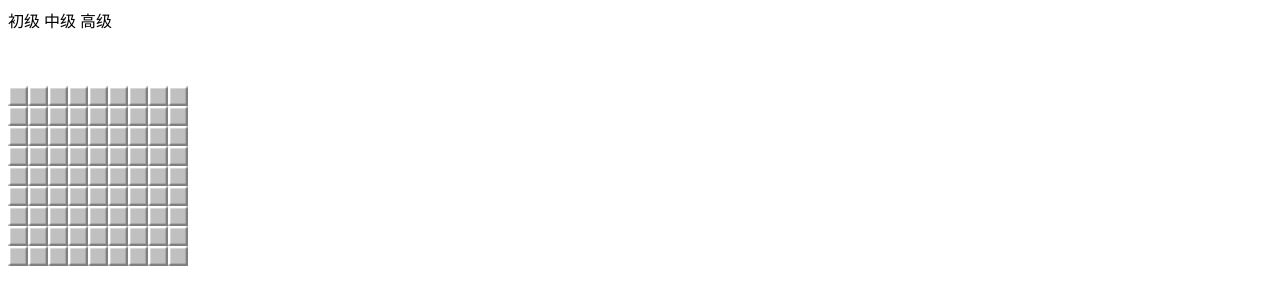
Repository: vLinv/MineSweeper
Page: index.html
The author's editor kept a copy of each file at every save. The page is drawn from the files as they stood at one save, then again after the next save.
The browser window is 1280 px wide. The pictures show the whole page.

Above is the page before, as saved 2022-02-18 11:43:36.

### index.html
<!DOCTYPE html>
<html lang="en">

<head>
  <meta charset="UTF-8">
  <meta http-equiv="X-UA-Compatible" content="IE=edge">
  <meta name="viewport" content="width=device-width, initial-scale=1.0">
  <title>MineSweeper</title>
</head>

<body>
  <div class="level_select">
    <span onclick="changeLevel('primary')">初级</span>
    <span onclick="changeLevel('intermediate')">中级</span>
    <span onclick="changeLevel('advanced')">高级</span>
  </div>
  <div class="game_wrap">
    <div class="header_wrap">
      <canvas id="mineNumCanvas" width="39" height="23"></canvas>
      <div class="face_btn"></div>
      <canvas id="timeCanvas" width="39" height="23"></canvas>
    </div>
    <div class="section_wrap">
      <canvas id="canvas" width="180" height="180"></canvas>
    </div>
  </div>
  <script>
    /** @type {HTMLCanvasElement} */
    // 游戏canvas
    const canvasNode = document.getElementById('canvas')
    const ctx = canvasNode.getContext('2d')
    // mineNum与timer Canvas
    const mineNumNode = document.getElementById('mineNumCanvas')
    const timerNode = document.getElementById('timeCanvas')
    const mineNumCtx = mineNumNode.getContext('2d')
    const timerCtx = timerNode.getContext('2d')

    // 存储图片路径（name, url）
    const imgArr = new Map();
    // 存储已加载好的图片 (name, img)
    const imgArrElement = new Map();
    // 资源是否加载完成
    let sourceInit = false;

    let mineSweeper = null;

    const MAP_LEVEL = {
      'primary': {
        mapSize: [9, 9],
        mineNum: 10
      },
      'intermediate': {
        mapSize: [16, 16],
        mineNum: 40
      },
      'advanced': {
        mapSize: [16, 30],
        mineNum: 90
      }
    }

    function initImage() {
      imgArr.set('ask', './img/ask.gif')
      imgArr.set('blank', './img/blank.gif')
      imgArr.set('blood', './img/blood.gif')
      imgArr.set('flag', './img/flag.gif')
      imgArr.set('mine', './img/mine.gif')
      for (let i = 0; i <= 8; i++) {
        imgArr.set(i, './img/' + i + '.gif')
      }
      for (let i = 0; i <= 9; i++) {
        imgArr.set('num_' + i, './img/num_' + i + '.jpg');
      }
      const loadImage = (url) => {
        return new Promise((reslove) => {
          let img = new Image();
          img.onload = () => reslove(img)
          img.src = url
        })
      }
      const promiseArr = [];
      // 获取所有图片的promise对象并使用promise.all进行加载
      [...imgArr.keys()].forEach(e => {
        promiseArr.push(loadImage(imgArr.get(e)))
      });
      sourceInit = true;
      return Promise.all(promiseArr)
    }

    // 开始游戏
    async function startGame() {
      if (!sourceInit) {
        const res = await initImage()
        const keys = [...imgArr.keys()];
        res.forEach((item, index) => {
          imgArrElement.set(String(keys[index]), item)
        })
      }
      mineSweeper = new MineSweeper();
      mineSweeper.initGame();
    }

    class MineSweeper {
      constructor() {
        this.level = 'primary'
        this.map = [];
        this.mapSizeX = 0;
        this.mapSizeY = 0;
        this.mineNum = 0;
        this.bombList = [];
        this.flagList = [];
        this.problemList = [];
        this.isGameOver = false;
        this.mineNumCanvas = mineNumCtx;
        this.timerCanvas = timerCtx;
      }

      initGame() {
        const {
          mapSize,
          mineNum
        } = MAP_LEVEL[this.level]
        this.mapSizeX = mapSize[0];
        this.mapSizeY = mapSize[1];
        this.mineNum = mineNum;
        this.buildMap();
        this.buildBomb();
        this.drawMap();
        this.drawGameInfo(this.mineNum, this.mineNumCanvas);
      }

      buildMap() {
        for (let i = 0; i < this.mapSizeY; i++) {
          this.map.push(new Array(this.mapSizeX).fill(-1))
        }
      }

      buildBomb() {
        let curBomb = 0;
        while (curBomb < this.mineNum) {
          let xPos = Number.parseInt(Math.random() * this.mineNum);
          let yPos = Number.parseInt(Math.random() * this.mineNum);
          if (this.bombList.find(item => {
              return xPos === item[0] && yPos === item[1]
            }) === undefined) {
            this.bombList.push([xPos, yPos])
            curBomb++;
          }
        }
      }
      // 绘制
      drawMap() {
        const blankImg = imgArrElement.get('blank')
        const flag = imgArrElement.get('flag')

        for (let i = 0; i < this.mapSizeX; i++) {
          for (let j = 0; j < this.mapSizeY; j++) {
            if (this.map[i][j] === -1) {
              ctx.drawImage(blankImg, 0, 0, blankImg.width, blankImg.height, 20 * i, 20 * j, 20, 20)
            } else if (this.map[i][j] >= 0) {
              const numImg = imgArrElement.get(this.map[i][j] + '')
              ctx.drawImage(numImg, 0, 0, numImg.width, numImg.height, 20 * i, 20 * j, 20, 20)
            }
            if (this.posInflagList(i, j) !== -1) {
              ctx.drawImage(flag, 0, 0, flag.width, flag.height, 20 * i, 20 * j, 20, 20)
            }
          }
        }
      }

      drawAllBomb(xPos, yPos) {
        const blood = imgArrElement.get('blood')
        const mine = imgArrElement.get('mine')
        // 绘制所有地雷
        this.bombList.forEach(e => {
          if (e[0] === xPos && e[1] === yPos) {
            ctx.drawImage(blood, 0, 0, blood.width, blood.height, 20 * e[0], 20 * e[1], 20, 20)
          } else {
            ctx.drawImage(mine, 0, 0, mine.width, mine.height, 20 * e[0], 20 * e[1], 20, 20)
          }
        })
      }

      // 绘制地雷数与计时器
      drawGameInfo(num, ctx) {
        // 将num转换为3位数字
        const tmpArr = new Array(3).fill(0);
        const arr = [...num + '']
        while (arr.length < 3) {
          arr.unshift('0')
        }
        for (let i = 0; i < 3; i++) {
          ctx.drawImage(imgArrElement.get('num_' + arr[i]), i * 13, 23)
        }
      }

      // 获取(xPos, yPos)周围八格位置
      getAroundGrid(xPos, yPos) {
        const pos = [-1, 0, 1];
        const around = [];
        for (let i = 0; i < pos.length; i++) {
          let tmpxPos = xPos + pos[i];
          // 边界
          if (tmpxPos < 0 || tmpxPos >= this.mapSizeX) {
            continue
          }
          for (let j = 0; j < pos.length; j++) {
            let tmpyPos = yPos + pos[j];
            if (tmpyPos < 0 || tmpyPos >= this.mapSizeY || (tmpxPos === xPos && tmpyPos === yPos)) {
              continue
            }
            around.push([tmpxPos, tmpyPos])
          }
        }
        return around;
      }

      // 点击(xPos, yPos)操作
      clickPos(xPos, yPos) {
        // 判断游戏是否结束
        if (this.posInBombList(xPos, yPos)) {
          this.gameOver(xPos, yPos);
          return;
        }
        const queue = []
        queue.push([xPos, yPos]);
        while (queue.length > 0) {
          let tmpNode = queue.shift()
          let tmpxPos = tmpNode[0],
            tmpyPos = tmpNode[1]
          // 该点为雷或已经打开则跳过
          if (this.posInBombList(tmpxPos, tmpyPos) || this.map[tmpxPos][tmpyPos] >= 0) {
            continue;
          }
          const around = this.getAroundGrid(tmpxPos, tmpyPos, this.map.length)
          // around中有几个雷
          let bombNum = 0
          around.forEach(x => {
            this.bombList.forEach(y => {
              if (x[0] === y[0] && x[1] === y[1]) {
                bombNum++;
              }
            })
          })
          this.map[tmpxPos][tmpyPos] = bombNum;
          // 如果周围没有雷，则继续打开周围坐标
          if (bombNum === 0) {
            queue.push(...around)
          }
        }
        this.drawMap()
      }

      // 游戏结束操作
      gameOver(xPos, yPos) {
        this.drawAllBomb(xPos, yPos)
        this.isGameOver = true;
      }

      // (xPos, yPos)是否为雷
      posInBombList(xPos, yPos) {
        // true: 存在
        return this.bombList.find(item => {
          return xPos === item[0] && yPos === item[1]
        }) !== undefined
      }

      // (xPos, yPos)是否被标记
      posInflagList(xPos, yPos) {
        return this.flagList.findIndex(item => {
          return xPos === item[0] && yPos === item[1]
        })
      }

      // 判断游戏是否胜利
      checkGameWin() {
        // 剩余未打开格子都存在于bombList中
        for (let i = 0; i < this.mapSizeX; i++) {
          for (let j = 0; j < this.mapSizeY; j++) {
            let tmpGrid = this.map[i][j]
            if (tmpGrid < 0 && !this.posInBombList(i, j)) {
              return false;
            }
          }
        }
        return true;
      }

      // 标记(xPos, yPos)
      signBomb(xPos, yPos) {
        const pos = this.posInflagList(xPos, yPos)
        if (pos !== -1) {
          this.flagList.splice(pos, 1)
        } else {
          this.flagList.push([xPos, yPos])
        }
        this.drawMap()
      }

      // 改变等级
      changeLevel(level) {

      }
    }

    // 监听点击事件
    document.addEventListener('click', e => {
      if (e.target !== canvas || mineSweeper.isGameOver) {
        return;
      }
      mineSweeper.clickPos(Number.parseInt(e.offsetX / 20), Number.parseInt(e.offsetY / 20))
    })

    // 监听右键事件
    document.oncontextmenu = e => {
      if (e.target !== canvas || mineSweeper.isGameOver) {
        return false;
      }
      const xPos = Number.parseInt(Number.parseInt(e.offsetX / 20)),
        yPos = Number.parseInt(Number.parseInt(e.offsetY / 20))
      mineSweeper.signBomb(xPos, yPos)
    };
    startGame();
  </script>
</body>

</html>

After the next save:
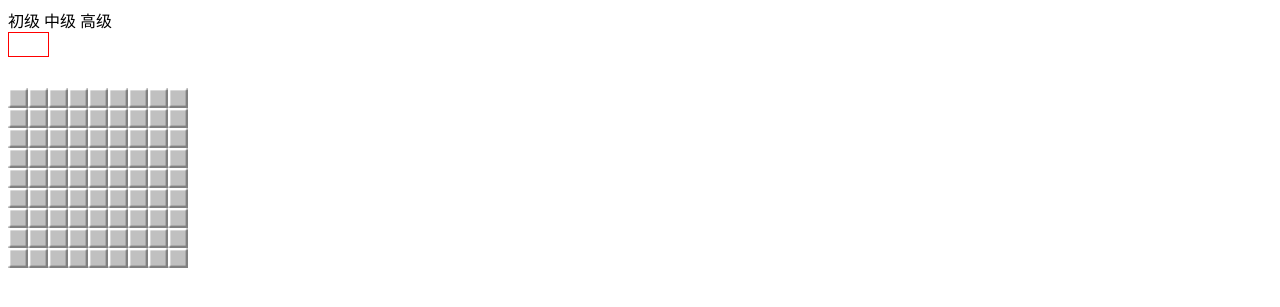
Saved 25 s later.
--- a/index.html
+++ b/index.html
@@ -16,7 +16,7 @@
   </div>
   <div class="game_wrap">
     <div class="header_wrap">
-      <canvas id="mineNumCanvas" width="39" height="23"></canvas>
+      <canvas id="mineNumCanvas" width="39" height="23" style="border: 1px solid red;"></canvas>
       <div class="face_btn"></div>
       <canvas id="timeCanvas" width="39" height="23"></canvas>
     </div>
